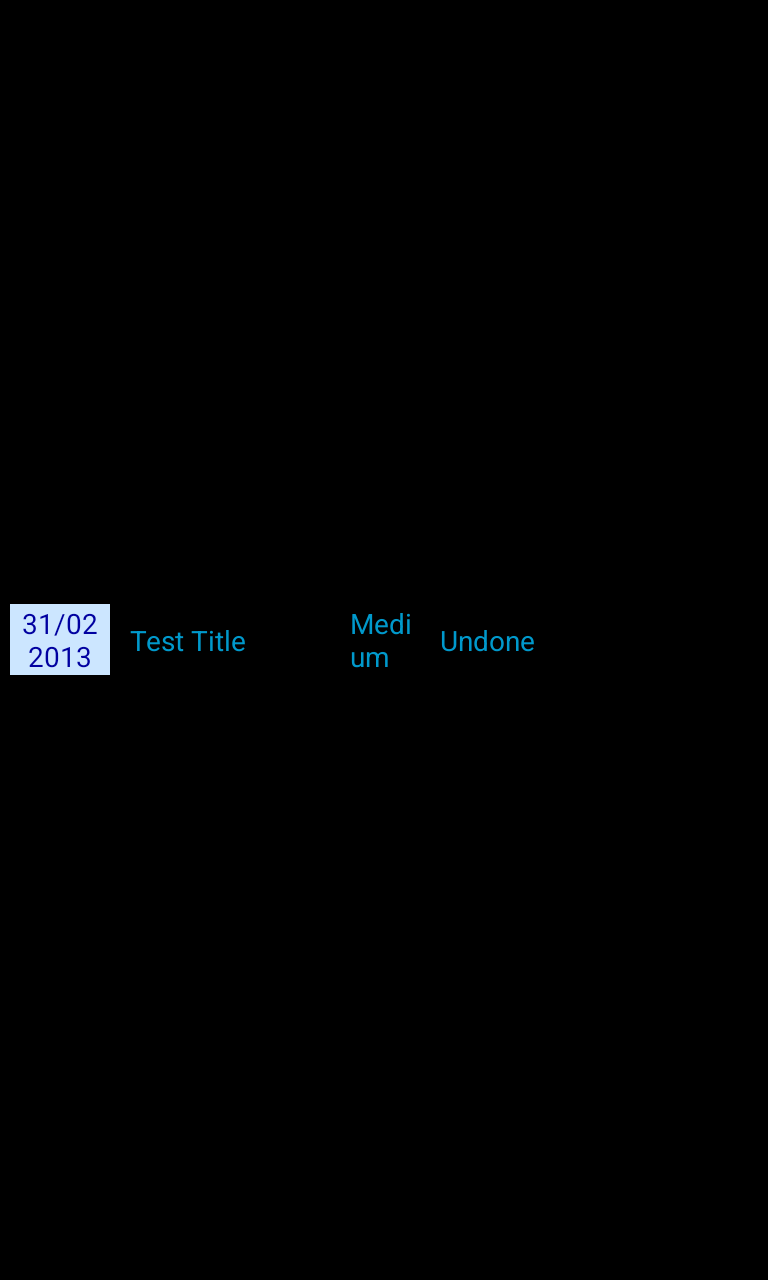
Repository: titango/androidass1
Layout: uTask/res/layout/task_list_item.xml
An editor plug-in stored every save of this project. The layout is shown before and after a run of saves, followed by the edit.
It is drawn on a 768 x 1280 px phone screen (xhdpi) without system bars, with theme NoActionBar; the app's code is not run.

Above is the layout before, as saved 2013-03-31 23:41:38.

After the next 2 saves:
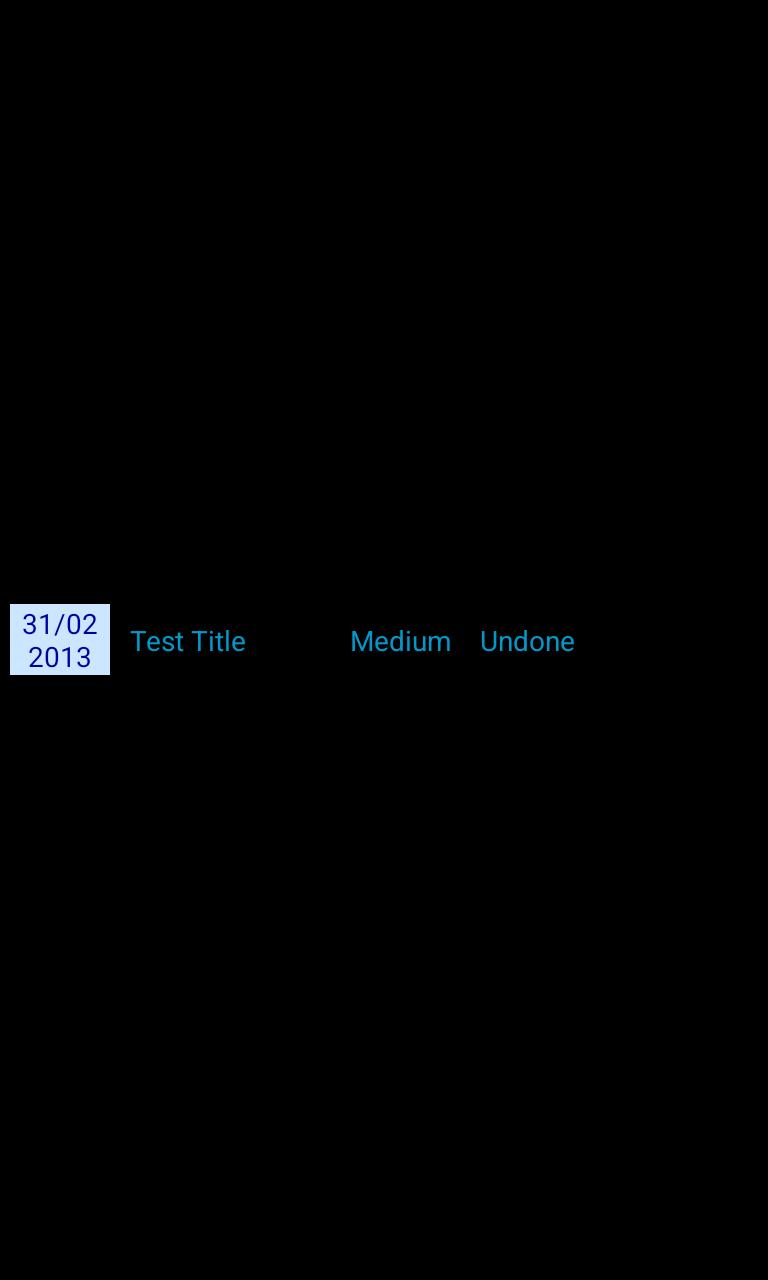
The 2 saves are shown as one change because they came seconds apart.
The last was saved 9 s later.
--- a/uTask/res/layout/task_list_item.xml
+++ b/uTask/res/layout/task_list_item.xml
@@ -28,7 +28,7 @@
 
     <TextView
         android:id="@+id/task_list_item_priority"
-        android:layout_width="35dp"
+        android:layout_width="55dp"
         android:layout_height="wrap_content"
         android:layout_marginLeft="10dp"
         android:text="Medium"
